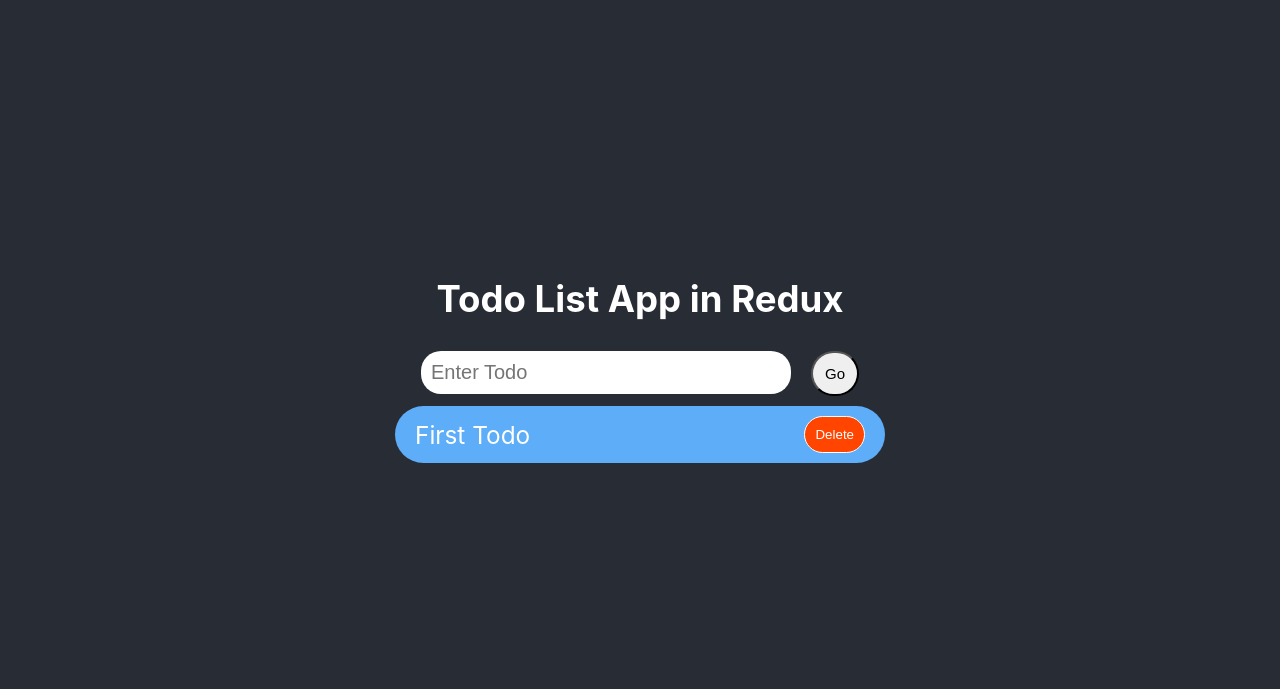
Repository: mahsa199170/React-Redux-Projects
Page: / (app in redux-todo-list/)
These files come from the project's save history. The page is drawn as it stood at one moment and after the next save; the edit follows.
The browser window is 1280 px wide. The pictures show the whole page.
The project was rebuilt for these pictures with package versions that can differ from the ones it lists, and the page was loaded fresh each time. Also part of the build but not shown: redux-todo-list/src/components/Count.js.

Above is the page before, as saved 2024-10-24 17:53:27.

### redux-todo-list/src/index.js
import React from 'react';
import ReactDOM from 'react-dom/client';
import './index.css';
import App from './App';
import { store } from './store';
import { Provider } from 'react-redux';

const root = ReactDOM.createRoot(document.getElementById('root'));
root.render(
  <React.StrictMode>
    <Provider store={store}>
      <App />
    </Provider>
  </React.StrictMode>
);

### redux-todo-list/src/App.js
import './App.css';

import React from 'react';
import Count from './components/Count';
import Todo from './components/todo/Todo';

const App = () => {
  return (
    <div className="App">
      <header className="App-header">
        <Todo />
        {/* <Count /> */}
      </header>
    </div>
  );
};

export default App;

### redux-todo-list/src/store.js
import { createStore, combineReducers, applyMiddleware } from 'redux';
import { thunk } from 'redux-thunk';
import { composeWithDevTools } from 'redux-devtools-extension';
// import { TodoReducer } from './reducer/TodoReducer';
import countReducer from './slice/countSlice';
import todoReducer from './slice/todoSlice';

const reducer = combineReducers({
  todo: todoReducer,
  counter: countReducer,
});

const initialState = {};

const middleWare = [thunk];

export const store = createStore(
  reducer,
  initialState,
  composeWithDevTools(applyMiddleware(...middleWare))
);

### redux-todo-list/src/App.css
.App {
  text-align: center;
}

.App-header {
  background-color: #282c34;
  min-height: 100vh;
  display: flex;
  flex-direction: column;
  align-items: center;
  justify-content: center;
  font-size: calc(10px + 2vmin);
  color: white;
}

.allTodos {
  list-style: none;
  margin: 0;
  padding: 0;
}

.singleTodo {
  border-radius: 50px;
  margin: 10px 0;
  background-color: #5dadf8;
  padding: 10px 20px;
  display: flex;
  width: 450px;
  align-items: center;
}

.todoText {
  text-align: start;
  flex: 1;
}

### redux-todo-list/src/components/todo/Todo.js
import React from 'react';
import { useSelector } from 'react-redux';
import { selectTodo } from '../../slice/todoSlice';

const Todo = () => {
  const todo = useSelector(selectTodo);

  return (
    <>
      <h2>Todo List App in Redux</h2>
      {todo.map((t) => {
        <h1>t</h1>;
      })}
      <form>
        <input
          type="text"
          placeholder="Enter Todo"
          style={{
            width: 350,
            padding: 10,
            borderRadius: 20,
            border: 'none',
            fontSize: 20,
          }}
        />
        <button
          type="submit"
          style={{
            padding: 12,
            borderRadius: 25,

            fontSize: 15,
            marginLeft: 20,
          }}
        >
          Go
        </button>
      </form>
      <ul className="allTodos">
        <li className="singleTodo">
          <span className="todoText">First Todo</span>
          <button
            style={{
              padding: 10,
              borderRadius: 25,
              border: '1px solid white',
              color: 'white',
              backgroundColor: 'orangered',
            }}
          >
            Delete
          </button>
        </li>
      </ul>
    </>
  );
};

export default Todo;

### redux-todo-list/src/slice/countSlice.js
import { createSlice } from '@reduxjs/toolkit';

const initialState = {
  count: 0,
};

const countSlice = createSlice({
  name: 'counter',
  initialState,
  reducers: {
    ADD_BY_ONE: (state, action) => {
      state.count += action.payload;
    },
    MINUS_ONE: (state, action) => {
      state.count -= 1;
    },
    RESET_NUMBER: (state, action) => {
      state.count = 0;
    },
  },
});

export const selectCount = (state) => state.counter.count;
export const { ADD_BY_ONE, MINUS_ONE, RESET_NUMBER } = countSlice.actions;

export default countSlice.reducer;

### redux-todo-list/src/slice/todoSlice.js
import { createSlice } from '@reduxjs/toolkit';

const initialState = {
  todo: [1, 2, 3],
};

const todoSlice = createSlice({
  name: 'todo',
  initialState,
  reducers: {},
});

export const selectTodo = (state) => state.todo.todo;
export default todoSlice.reducer;

Loaded but not shown: redux-todo-list/public/index.html (common file); redux-todo-list/src/index.css (common file)

After the next save:
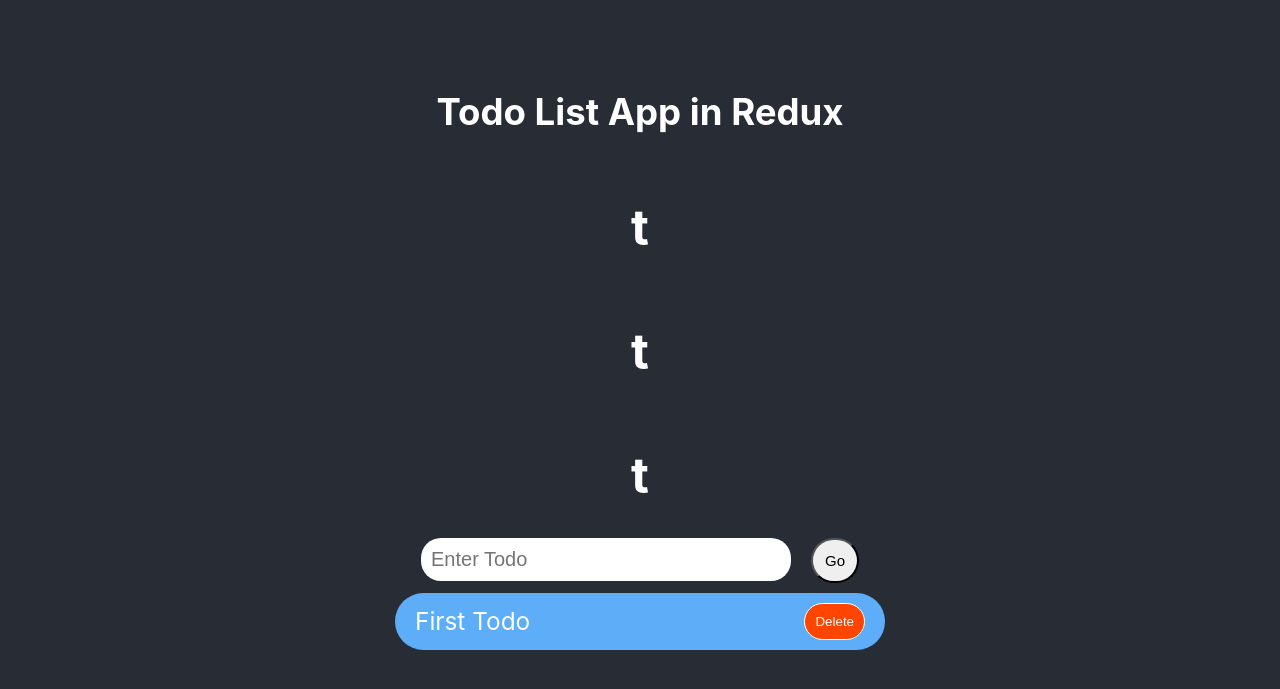
Saved 11 s later.
--- a/redux-todo-list/src/components/todo/Todo.js
+++ b/redux-todo-list/src/components/todo/Todo.js
@@ -9,7 +9,7 @@
     <>
       <h2>Todo List App in Redux</h2>
       {todo.map((t) => {
-        <h1>t</h1>;
+        return <h1>t</h1>;
       })}
       <form>
         <input
